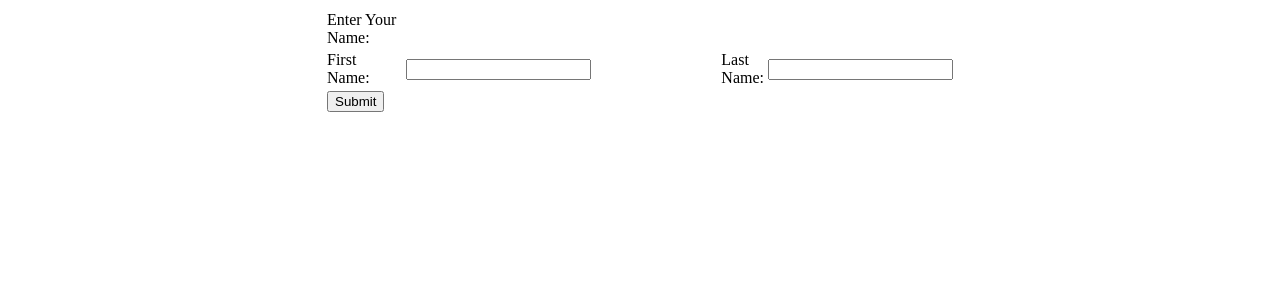
Repository: mayankk2202/Phase-2
Page: DemoServlet/src/main/webapp/Form.html
The author's editor kept a copy of each file at every save. The page is drawn from the files as they stood at one save, then again after the next save.
The browser window is 1280 px wide. The pictures show the whole page.

Above is the page before, as saved 2021-06-27 12:52:51.

### DemoServlet/src/main/webapp/Form.html
<!DOCTYPE html>
<html>
<head>
<meta charset="ISO-8859-1">
<title>Form</title>
</head>
<body>
<center>
<form name=frmName method="POST" action="process">
<table width="50%" border="0" >
<tr vallign="top">
<td width="20%">Enter Your Name: </td>
</tr>
<tr>
<td width="20%">First Name: </td>
<td><input firstname="fname" id="fname" maxlength=100></td>
<td width="20%">Last Name: </td>
<td><input lastname="lname" id="lname" maxlength=100></td>
<tr valign="top">
<td colspan = 2 width = "100%">
<button>Submit</button></td>
</tr>
</table>
</form>
</center>
</body>
</html>

After the next save:
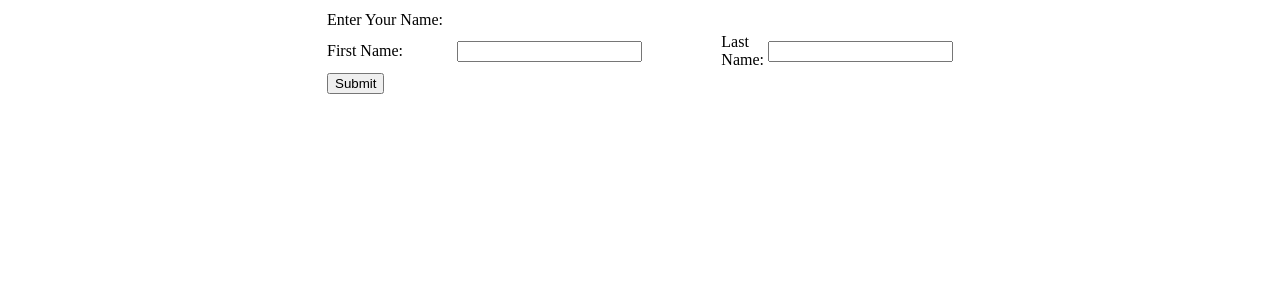
Saved 13 s later.
--- a/DemoServlet/src/main/webapp/Form.html
+++ b/DemoServlet/src/main/webapp/Form.html
@@ -9,7 +9,7 @@
 <form name=frmName method="POST" action="process">
 <table width="50%" border="0" >
 <tr vallign="top">
-<td width="20%">Enter Your Name: </td>
+<td width="40%">Enter Your Name: </td>
 </tr>
 <tr>
 <td width="20%">First Name: </td>
